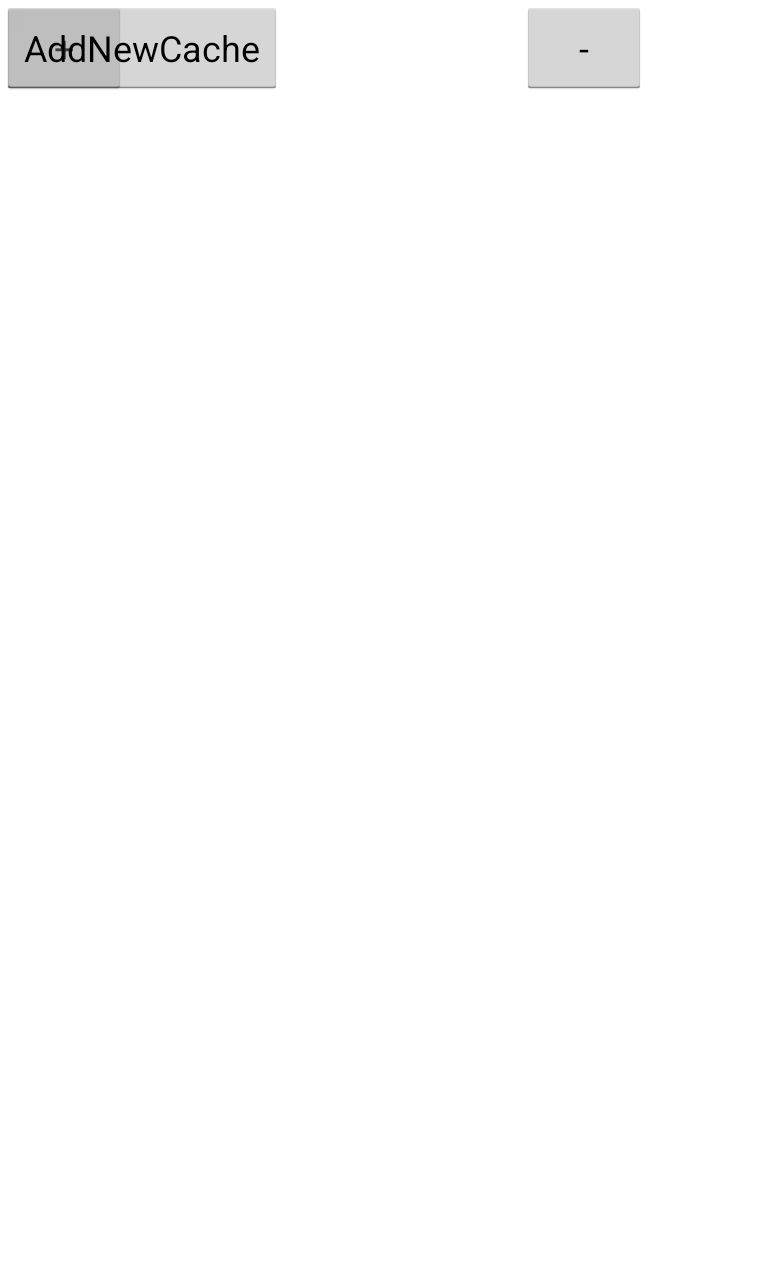
Repository: mpdehnel/seg
Layout: VectorOne/res/layout/activity_radar.xml
These files come from the project's save history. The layout is drawn as it stood at one moment and after the next save; the edit follows.
It is drawn on a 768 x 1280 px phone screen (xhdpi) without system bars, with theme AppTheme; the app's code is not run.

Above is the layout before, as saved 2013-03-12 15:08:42.

After the next save:
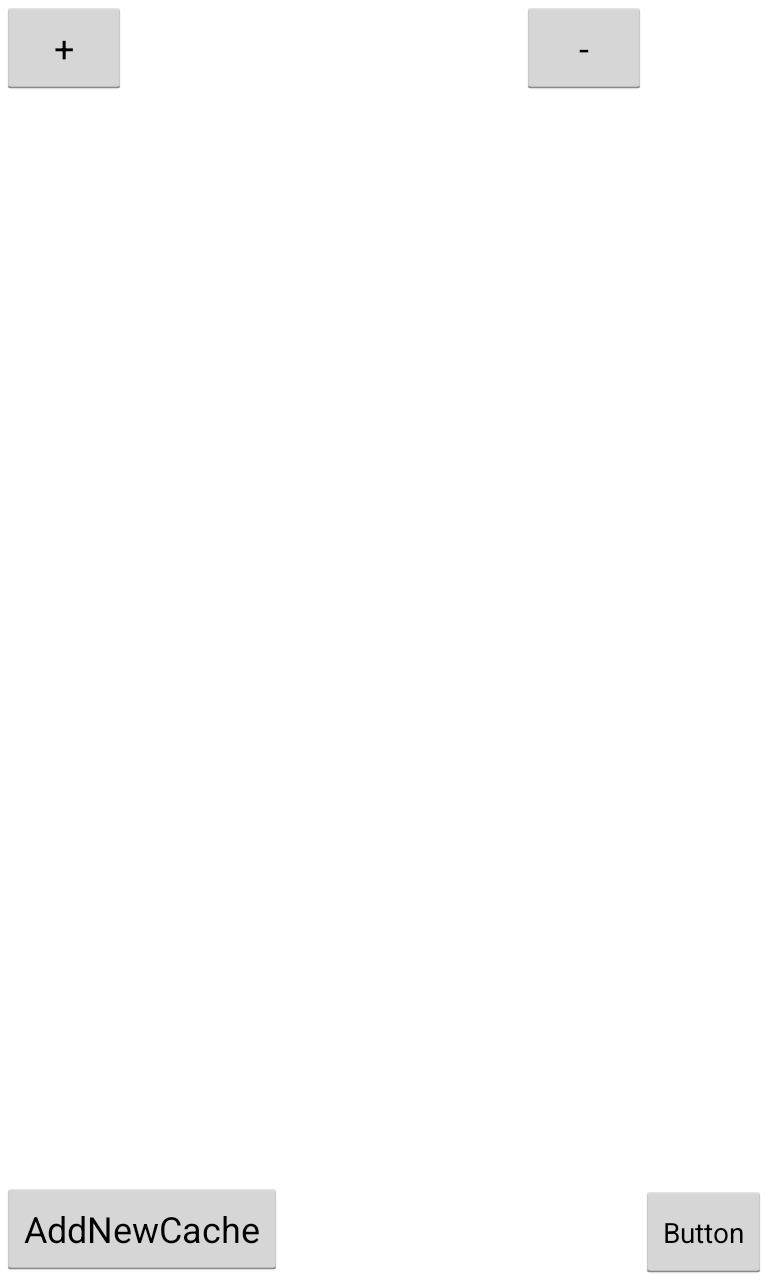
Saved 66 s later.
--- a/VectorOne/res/layout/activity_radar.xml
+++ b/VectorOne/res/layout/activity_radar.xml
@@ -21,6 +21,18 @@
         android:id="@+id/addnewCachRadar"
         android:layout_width="wrap_content"
         android:layout_height="wrap_content"
+        android:layout_alignBaseline="@+id/button1"
+        android:layout_alignBottom="@+id/button1"
+        android:layout_alignParentLeft="true"
         android:text="@string/addnewCachebutton" />
 
+    <Button
+        android:id="@+id/button1"
+        style="?android:attr/buttonStyleSmall"
+        android:layout_width="wrap_content"
+        android:layout_height="wrap_content"
+        android:layout_alignParentBottom="true"
+        android:layout_alignParentRight="true"
+        android:text="Button" />
+
 </RelativeLayout>

After the save that followed:
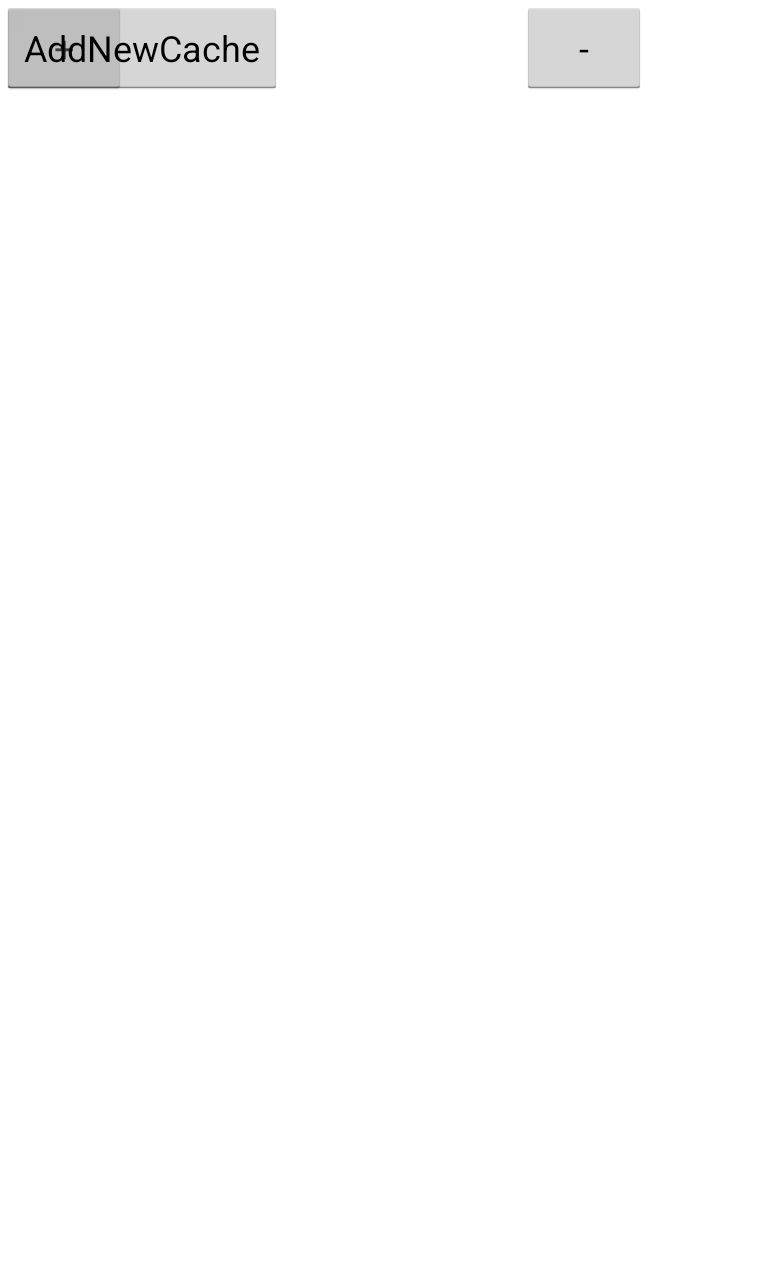
Saved 5 min 48 s later.
--- a/VectorOne/res/layout/activity_radar.xml
+++ b/VectorOne/res/layout/activity_radar.xml
@@ -26,13 +26,6 @@
         android:layout_alignParentLeft="true"
         android:text="@string/addnewCachebutton" />
 
-    <Button
-        android:id="@+id/button1"
-        style="?android:attr/buttonStyleSmall"
-        android:layout_width="wrap_content"
-        android:layout_height="wrap_content"
-        android:layout_alignParentBottom="true"
-        android:layout_alignParentRight="true"
-        android:text="Button" />
+
 
 </RelativeLayout>
